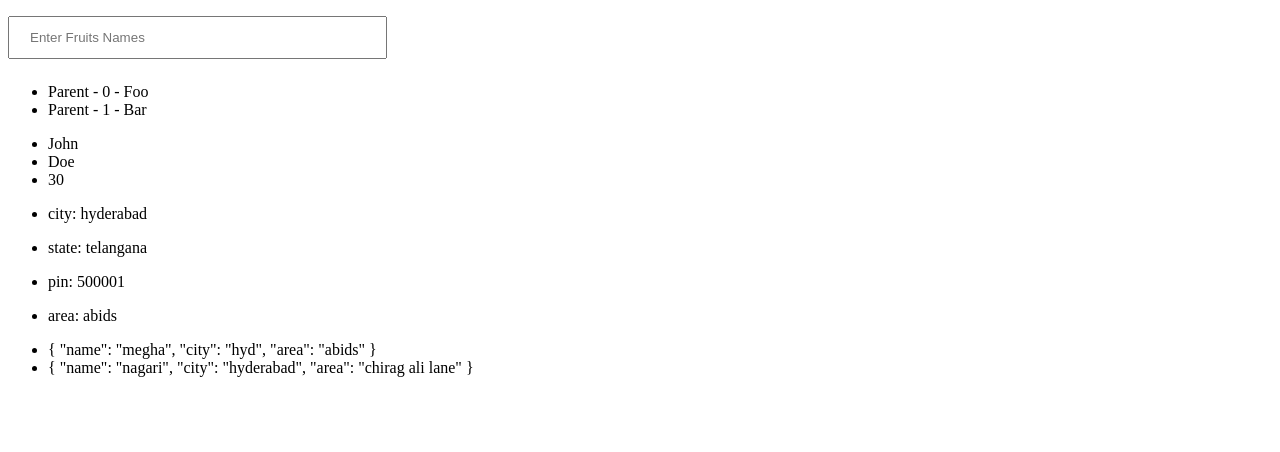
Repository: MeghaNagari/PracticeAtVMC
Page: Practice/VuePractice/WebContent/ListRendering.html
The author's editor kept a copy of each file at every save. The page is drawn from the files as they stood at one save, then again after the next save.
The browser window is 1280 px wide. The pictures show the whole page.
Some web libraries are served in a nearby version.

Above is the page before, as saved 2018-03-20 05:54:50.

After the next save:
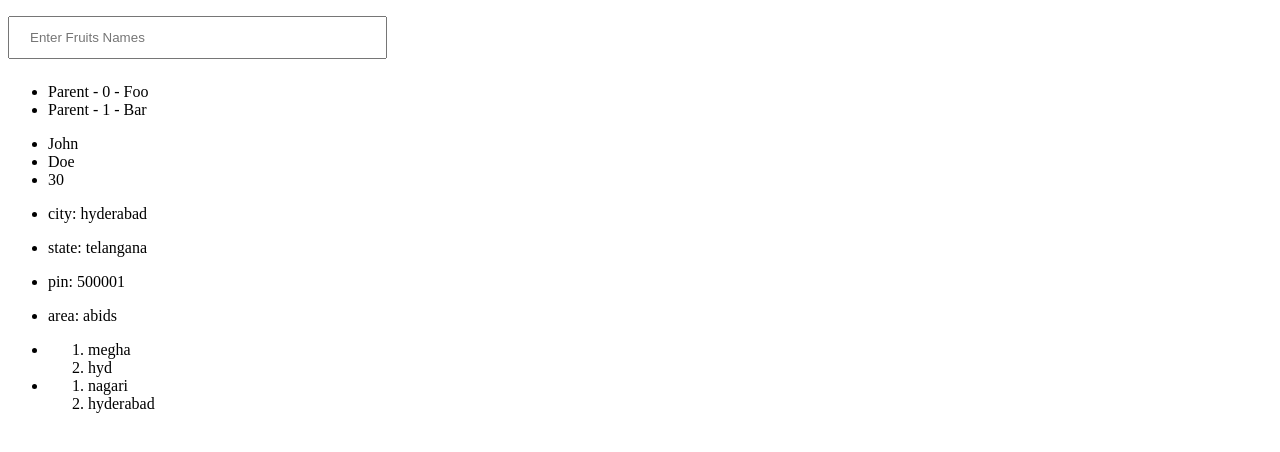
Saved 65 s later.
--- a/Practice/VuePractice/WebContent/ListRendering.html
+++ b/Practice/VuePractice/WebContent/ListRendering.html
@@ -54,9 +54,13 @@
 	</div>
 
 	<div id="test5">
-<ul v-if="items.length>0">
+<ul v-if="items.length">
   <li v-for="item in items">
-    {{ item }}
+    <ol>
+    <li>{{ item.name }}</li>
+    <li>{{item.city}}</li>
+
+    </ol>
   </li>
 </ul>
 <p v-else>No todos left!</p>
